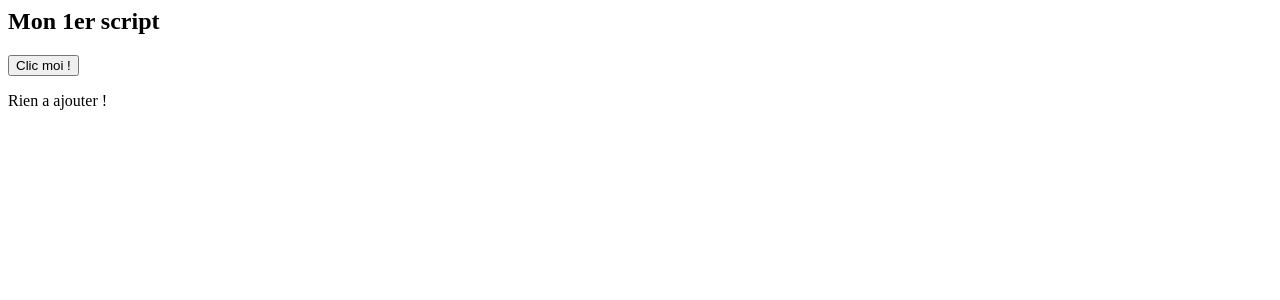
Repository: evalwebmeteofullstack/Gestion_meteo
Page: Notes/Exercices/static/test/Mon-1er-code.html
These files come from the project's save history. The page is drawn as it stood at one moment and after a run of saves; the edit follows.
The browser window is 1280 px wide. The pictures show the whole page.

Above is the page before, as saved 2019-01-30 13:46:27.
Console error: TypeError: Cannot read properties of undefined (reading 'h2')

After the next 2 saves:
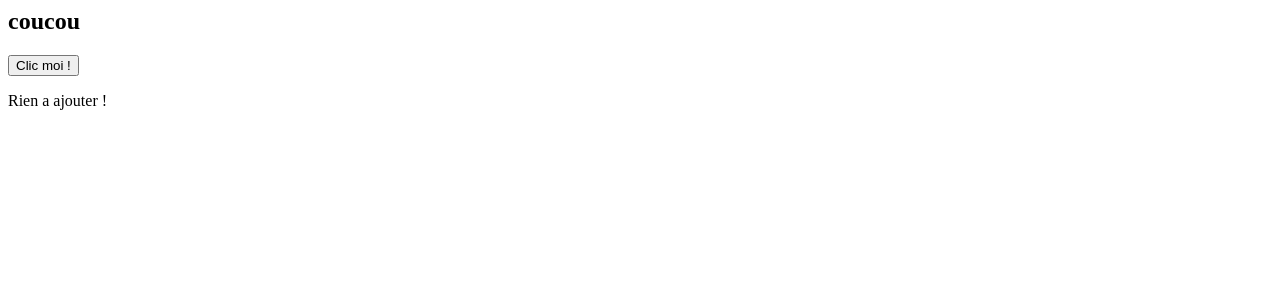
The error is gone.
The 2 saves are shown as one change because they came seconds apart.
The last was saved 72 s later.
--- a/Notes/Exercices/static/test/test.js
+++ b/Notes/Exercices/static/test/test.js
@@ -1,2 +1,2 @@
 alert("C'est mon 1er script");
-document.montitre.h2.write("Ma bite");
+document.getElementById("montitre").innerHTML = "coucou";
